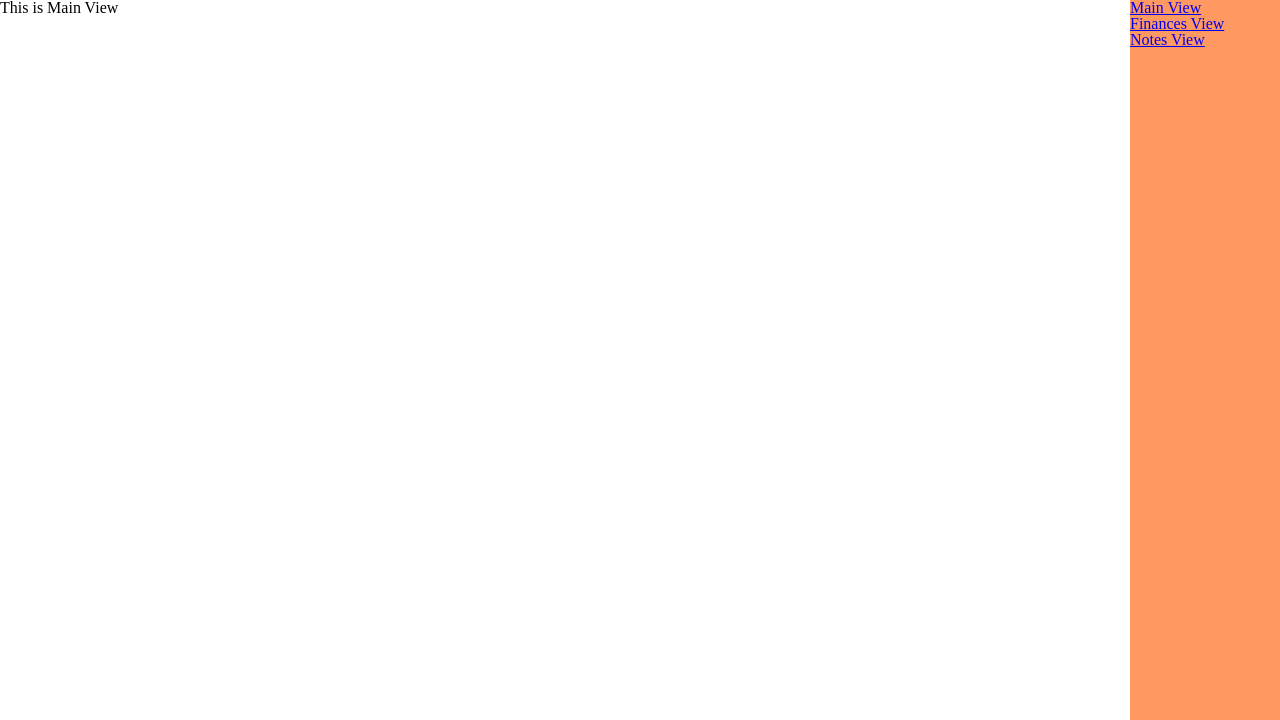
Repository: kryban93/Organiser-App
Page: /
An editor plug-in stored every save of this project. The page is shown before and after the next save, followed by the edit.
The browser window is 1280 px wide. The pictures show the whole page.
The project was rebuilt for these pictures with package versions that can differ from the ones it lists, and the page was loaded fresh each time. Also part of the build but not shown: src/index.css, src/Components/FinancesView/FinancesView.module.scss, src/Components/FinancesView/FinancesView.js, src/Components/NotesView/NotesView.scss, src/Components/Note/Note.scss, src/Components/Note/Note.js, src/Components/NotesView/NotesView.js.

Above is the page before, as saved 2020-10-13 19:09:28.

After the next save:
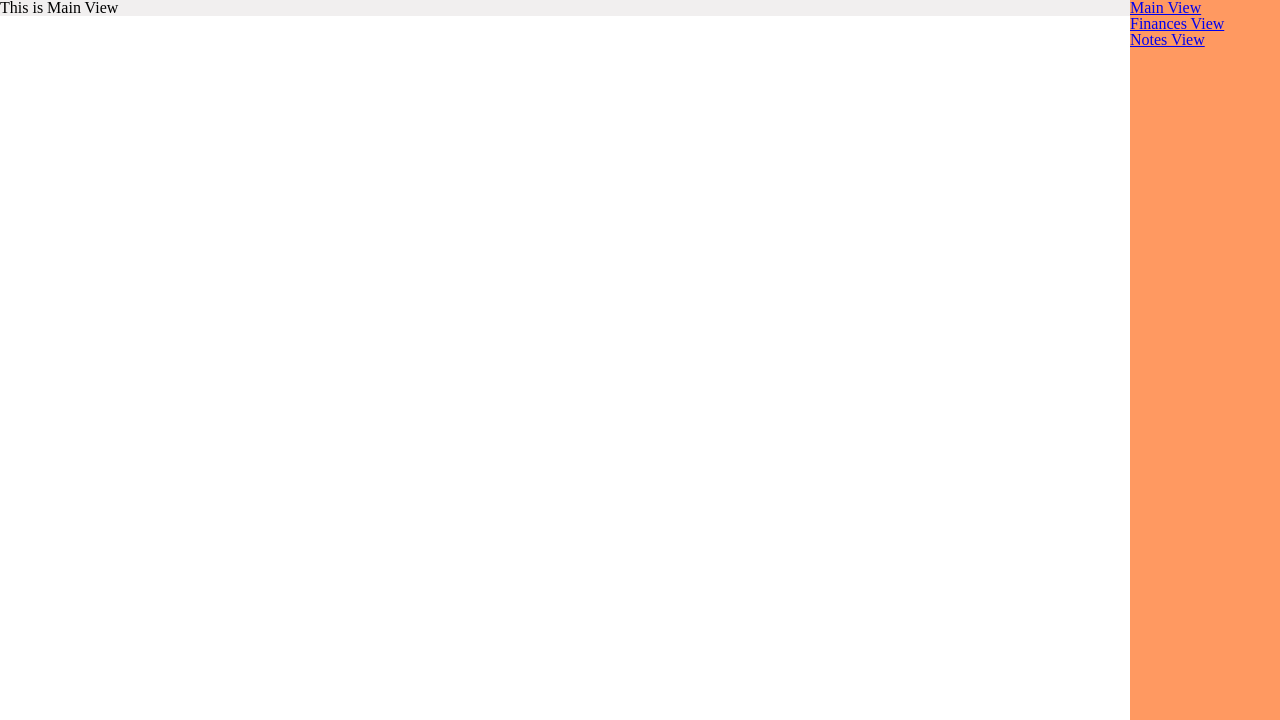
Saved 11 min 59 s later.
--- a/src/App.scss
+++ b/src/App.scss
@@ -2,4 +2,5 @@
 
 .main {
   margin-right: 150px;
+  background-color: #f1efef;
 }
